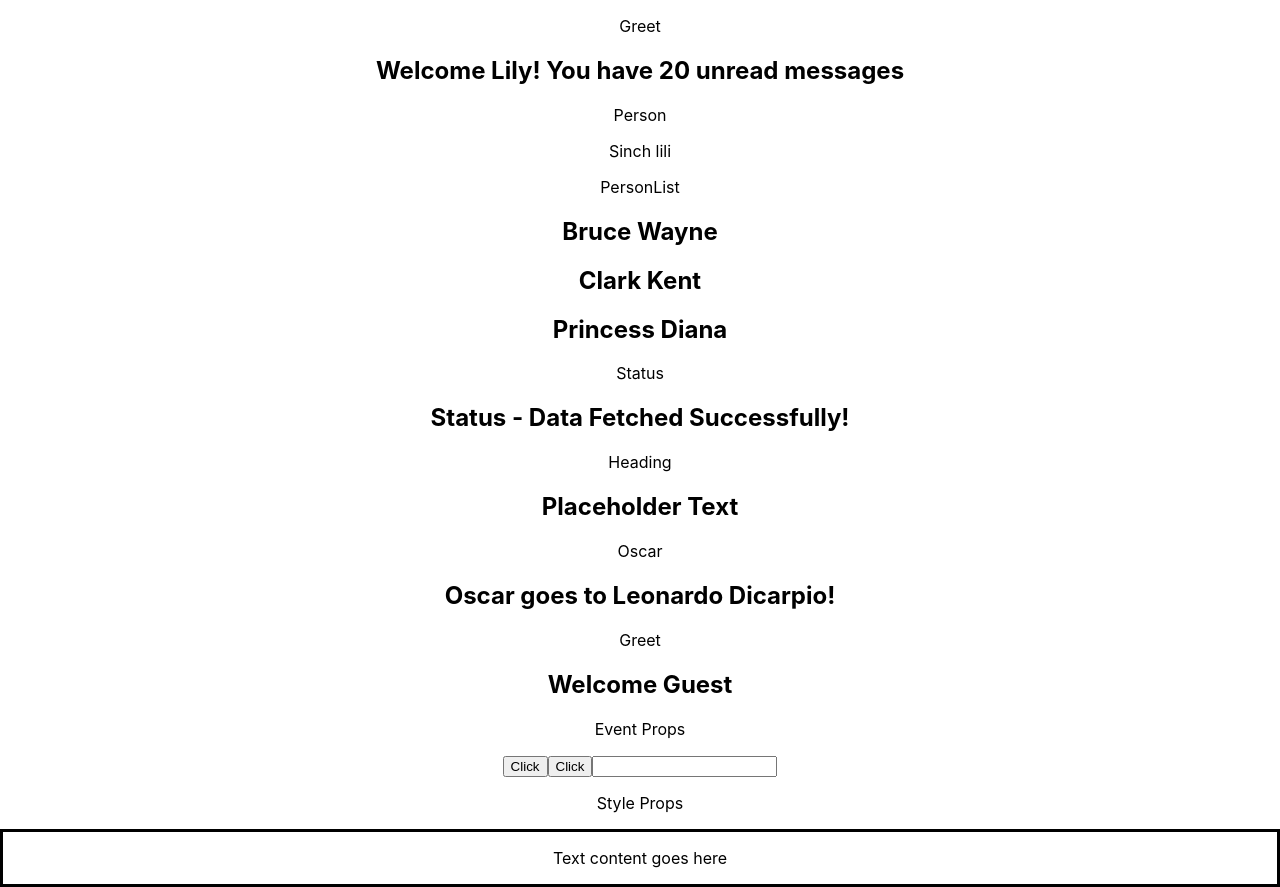
Repository: sinchana-P/react-typescript-demo
Page: /
These files come from the project's save history. The page is drawn as it stood at one moment and after the next save; the edit follows.
The browser window is 1280 px wide. The pictures show the whole page.
The project was rebuilt for these pictures with package versions that can differ from the ones it lists, and the page was loaded fresh each time.

Above is the page before, as saved 2023-12-03 13:51:01.

After the next save:
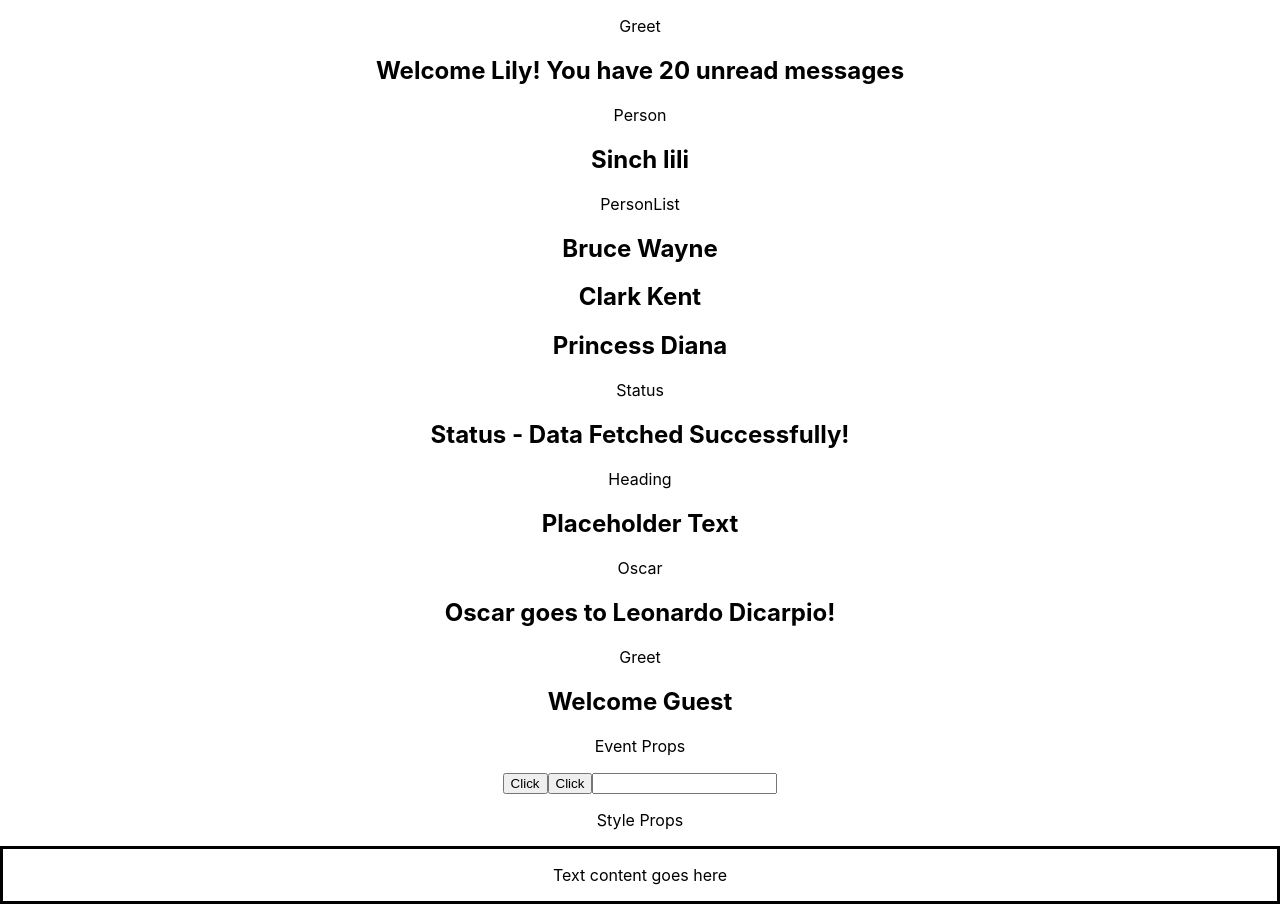
Saved 29 s later.
--- a/src/components/Person.tsx
+++ b/src/components/Person.tsx
@@ -11,7 +11,7 @@ import { PersonProps } from './Person.types'
 
 const Person = (props: PersonProps) => {
     return (
-        <div>{ props.name.first }  { props.name.last }</div>
+        <h2>{ props.name.first }  { props.name.last }</h2>
   )
 }
 
